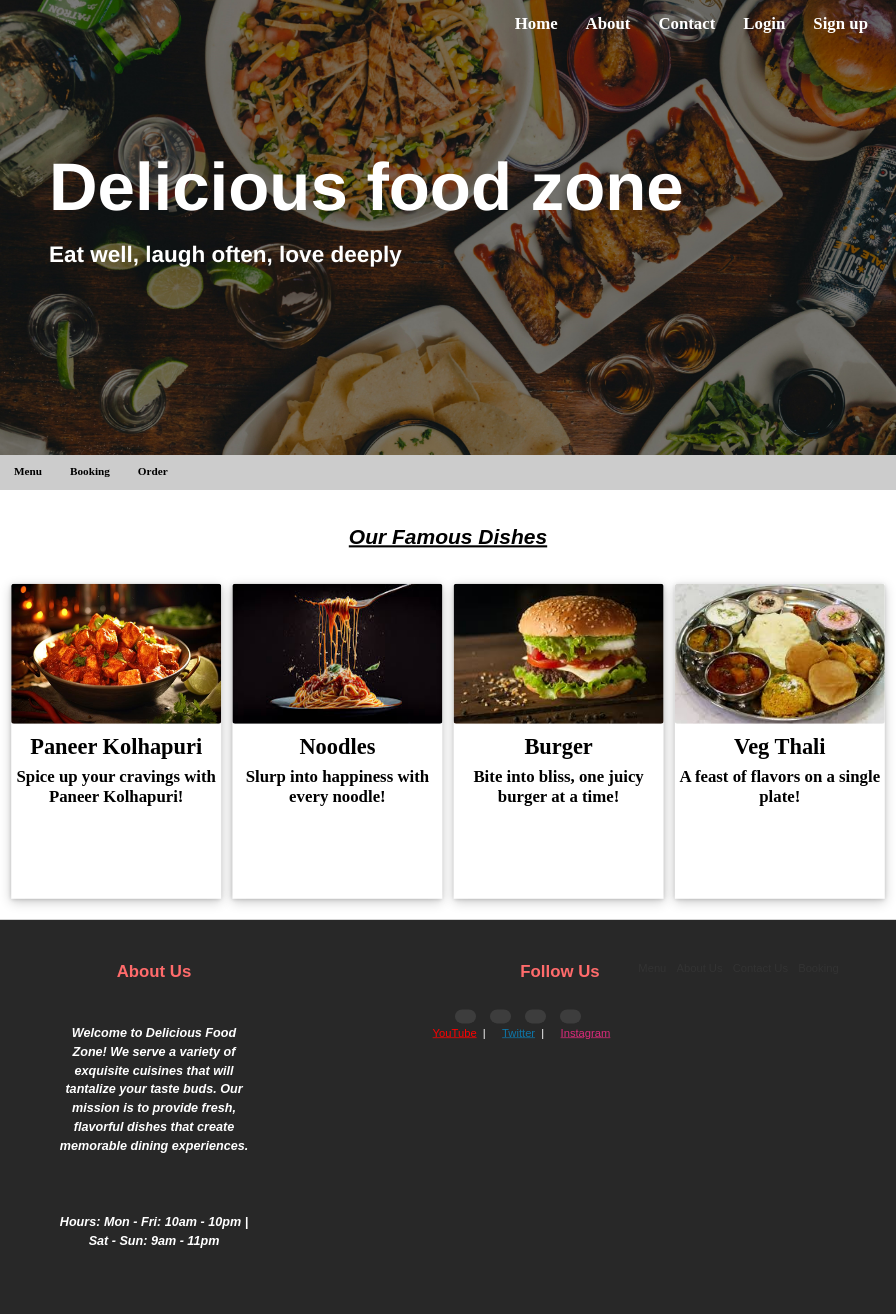
Repository: Shreya-Bonde/Restaurant-management-system
Page: index.html
The author's editor kept a copy of each file at every save. The page is drawn from the files as they stood at one save, then again after the next save.
The browser window is 1280 px wide. The pictures show the whole page, at 70% of full size.

Above is the page before, as saved 2024-10-17 17:26:39.

### index.html
<!DOCTYPE html>
<html lang="en">
<head>
    <meta charset="UTF-8">
    <meta name="viewport" content="width=device-width, initial-scale=1.0">
    <title>Document</title>
    <link rel="stylesheet" href="style.css">
</head>
<body>
    <header>
        <div class="banner-container">
                <nav class="navbar">
                    <ul>
                        <li><a href="#home">Home</a></li>
                        <li><a href="/about.html">About</a></li>
                        <li><a href="/contact.html">Contact</a></li>
                        <li><a href="/login.html">Login</a></li>
                        <li><a href="#">Sign up</a></li>
                    </ul>
                </nav>
                <div class="centered-text">
                    <h1>Delicious food zone</h1>
                    <h6>Eat well, laugh often, love deeply</h6>
                </div>
         </div>
         <div class="nav-bar">
            <nav>
                <a class="menu-btn" href="#">Menu</a>
                <a class="menu-btn" href="#">Booking</a>
                <a class="menu-btn" href="#">Order</a>
            </nav>
         </div>
    </header>
        <p>Our Famous Dishes</p>
        <div class="Flex">
            <div class="flex-item fitem1">
                <img src="paneer kolhapuri.jpg" alt="">
                <h1>Paneer Kolhapuri</h1>
                <h2>Spice up your cravings with Paneer Kolhapuri!</h2>
            </div>
            <div class="flex-item fitem2">
                <img src="noodles1.jpg" alt="">
                <h1>Noodles</h1>
                <h2>Slurp into happiness with every noodle!</h2>
            </div>
            <div class="flex-item fitem3">
                <img src="burger.jpg" alt="">
                <h1>Burger</h1>
                <h2>Bite into bliss, one juicy burger at a time!</h2>
            </div>
            <div class="flex-item fitem4">
                <img src="veg thali.jpg" alt="">
                <h1>Veg Thali</h1>
                <h2>A feast of flavors on a single plate!</h2>
            </div>
        </div>


    <footer class="footer">
        <div class="footer-container">
            <div class="footer-about">
                <h2>About Us</h2>
                <p>
                    Welcome to Delicious Food Zone! We serve a variety of exquisite cuisines that will tantalize your taste buds. Our mission is to provide fresh, flavorful dishes that create memorable dining experiences.
                </p>
                <p>Hours: Mon - Fri: 10am - 10pm | Sat - Sun: 9am - 11pm</p>
            </div>



            <div class="footer-social">
                <h2>Follow Us</h2>
                <div class="social-icons">
                    <a href="https://www.facebook.com/yourrestaurant" target="_blank" aria-label="Facebook">
                        <i class="fab fa-facebook-f"></i></a>
                    <a href="https://twitter.com/yourrestaurant" target="_blank" aria-label="Twitter"><i class="fab fa-twitter"></i></a>
                    <a href="https://www.instagram.com/yourrestaurant" target="_blank" aria-label="Instagram"><i class="fab fa-instagram"></i></a>
                    <a href="https://www.tripadvisor.com/Restaurant_Review-g1234567-d12345678-Your_Restaurant_Name" target="_blank" aria-label="TripAdvisor"><i class="fab fa-tripadvisor"></i></a>
                </div>

                <div class="sm-handle">
                    <a href="http://www.youtube.com/amandhattarwal" target="_blank" class="yt_handle"
                     rel="noopener noreferrer"> <i class="fa fa-youtube fa-lg yt_handle"></i>YouTube</a>&nbsp;&nbsp;|&nbsp;&nbsp;
                <a href="http://www.linkedin.com/in/dhatterwalaman" target="_blank" class="linkedin_handle"
                rel="noopener noreferrer"> <i class="fa fa-linkedin fa-lg linkedin_handle"></i>Twitter</a>&nbsp;&nbsp;|&nbsp;&nbsp;
                <a href="http://www.instagram.com/dhattarwalaman" target="_blank" class="insta_handle"
                 rel="noopener noreferrer"> <i class="fa fa-instagram fa-lg insta_handle"></i>Instagram</a>

                </div>
            </div>

            <div class="footer-links">
                <a href="menu.html">Menu</a>
                 <a href="about.html">About Us</a>
                 <a href="contact.html">Contact Us</a>
                 <a href="reservations.html">Booking</a>
            </div>
        </div>


        <!-- <div class="footer-bottom">
            <p>&copy; 2024 Delicious Food Zone. All rights reserved.</p>
        </div> -->
    </footer>

</body>
</html>

### style.css
* {
    box-sizing: border-box;
    margin: 0;
    padding: 0;
}
.banner-container {
    background-image: url(background1.jpg);
    background-repeat: no-repeat;
    background-size: cover;
    position: relative;
    width: 100%;
    height: 650px;
}
.navbar {
    position: absolute;
    top: 0;
    right: 0;
    padding: 20px;
}
.centered-text {
    position: absolute;
    top: 30%;
    left: 70px;
    color: white;
    line-height: 1.5;
    font-weight: bold;
    font-size: 3rem;
    font-family: 'Franklin Gothic Medium', 'Arial Narrow', Arial, sans-serif;
}
h6 {
    justify-content: center;
    margin-bottom: 20px;
}
nav ul {
    list-style-type: none;
    margin: 0;
    padding: 0;
    display: flex;
    justify-content: right;
    font-size: 1.5rem;
}
nav ul li {
    margin: 0 20px;
}
nav ul li a {
    color: white;
    text-decoration: none;
    font-weight: bold;
}
nav ul li a:hover {
    text-decoration: underline;
}
.nav-bar {
    display: flex;
    background-color: #ccc;
    height: 50px;
    background-attachment: fixed;
}
.menu-btn {
    display: block;
    float: left;
    color: black;
    text-align: center;
    text-decoration: none;
    padding: 15px 20px;
    position: sticky;
    font-weight: bold;
}
.menu-btn:hover {
    background-color: #ddd;
    color: black;
}
.Flex {
    width: 100%;
    display: flex;
    flex-wrap: wrap;
    box-sizing: gray;
    align-items: center;
    justify-content: space-evenly;
}
.flex-item {
    box-shadow: 0 2px 6px 0 rgba(0,0,0,0.2), 0 4px 16px 0 rgba(0,0,0,0.2);
    margin: 0;
    padding: 0;
}
.flex-item img {
 width: 100%;
 object-fit: fill;
}
.flex-item {
    margin-top: 20px;
    margin-bottom: 30px;
    display: inline-block;
    background-color: white;
    width: 300px;
    height: 450px;
    text-align: center;
}
.flex-item:hover {
    transform: scale(1.05);
}
img {
    width: 100%;
    height: 200px;
    object-fit: fill;
    border-radius: 4px;
}
p {
    text-align: center;
    font-size: 30px;
    font-weight: bold;
    font-style: oblique;
    font-family: Arial, Helvetica, sans-serif;
    padding: 50px 20px 30px;
    text-decoration: underline;
}
.flex-item h2 {
    line-height: 1.2;
}
.flex-item h1 {
    padding-top: 10px;
    padding-bottom: 10px;
}

footer {
    background-color: #282828;
    color: #fff;
    padding: 40px 20px;
    text-align: center;
    font-family: 'Arial', sans-serif;
}

.footer-container {
    display: flex;
    justify-content: space-between;
    flex-wrap: wrap;
    max-width: 1200px;
    margin: 0 auto;
    padding: 20px;
}

.footer-about,
.footer-links,
.footer-social {
    flex: 1;
    min-width: 250px;
}

.footer-about h2,
.footer-links h2,
.footer-social h2 {
    color: #ff6b6b;
    margin-bottom: 10px;
}

.footer-about p {
    text-decoration: none;
    line-height: 1.5;
    font-size: 18px;
    margin: 1px 0;
}


/* .footer-links a {
    display: inline-block;
    float: right;
    color: white;
    text-align: center;
    text-decoration: none;
    padding: 15px 20px;
    position: sticky;
    color: #ff6b6b;
    text-decoration: none;
    transition: color 0.3s ease;
}

.footer-links a:hover {
    color: #fff;
} */
.footer-links {
    margin-top: 0px; /* Add some space above the links */
}

.footer-links a {
    display: inline-block;
    margin-right: 10px; /* Spacing between the links */
    text-decoration: none;
    color: #333; /* You can change the color if needed */
}

.footer-links a:hover {
    color: #007BFF; /* Hover effect on links */
}
.footer-social {
    margin-left: 200px; /* Adjust this value to shift further or less */
}
.footer-social .social-icons {
    display: flex;
    justify-content: center;
    margin-top: 10px;
}
.footer-social h2 {
    margin-bottom: 35px;
    margin-left: 120px; /* Adjust this value to control the shift */
}
.footer-social .social-icons a {
    color: #ff6b6b;
    margin-left: 10px;
    font-size: 24px;
    transition: color 0.3s ease;
}

.footer-social .social-icons a:hover {
    color: #fff;
}
.social-icons {
    display: flex;          /* Use flexbox to align items horizontally */
    flex-wrap: nowrap;      /* Prevent items from wrapping to the next line */
    justify-content: space-between; /* Add space between items */
    align-items: center;    /* Center them vertically */
    margin-top: 10px;       /* Add some space above the sm-handle */
}
.social-icons a {
    background-color: rgb(125 125 125 / 25%);
    padding: 10px 15px;
    border-radius: 30px;
    margin: 5px 10px;
    text-decoration: none;
    font-size: 1.25em;
}

.social-icons a:hover {
    background-color: rgb(30 30 30 / 25%);
}

.sm-handle a i {
    margin: 5px;
}
.yt_handle {
    color: #FF0000;
}

  .linkedin_handle {
    color: #0e76a8;
}

.insta_handle {
    color: #dd2a7b;
}

.footer-bottom {
    margin-top: 20px;
    font-size: 10px;
    color: #ccc;
}

After the next save:
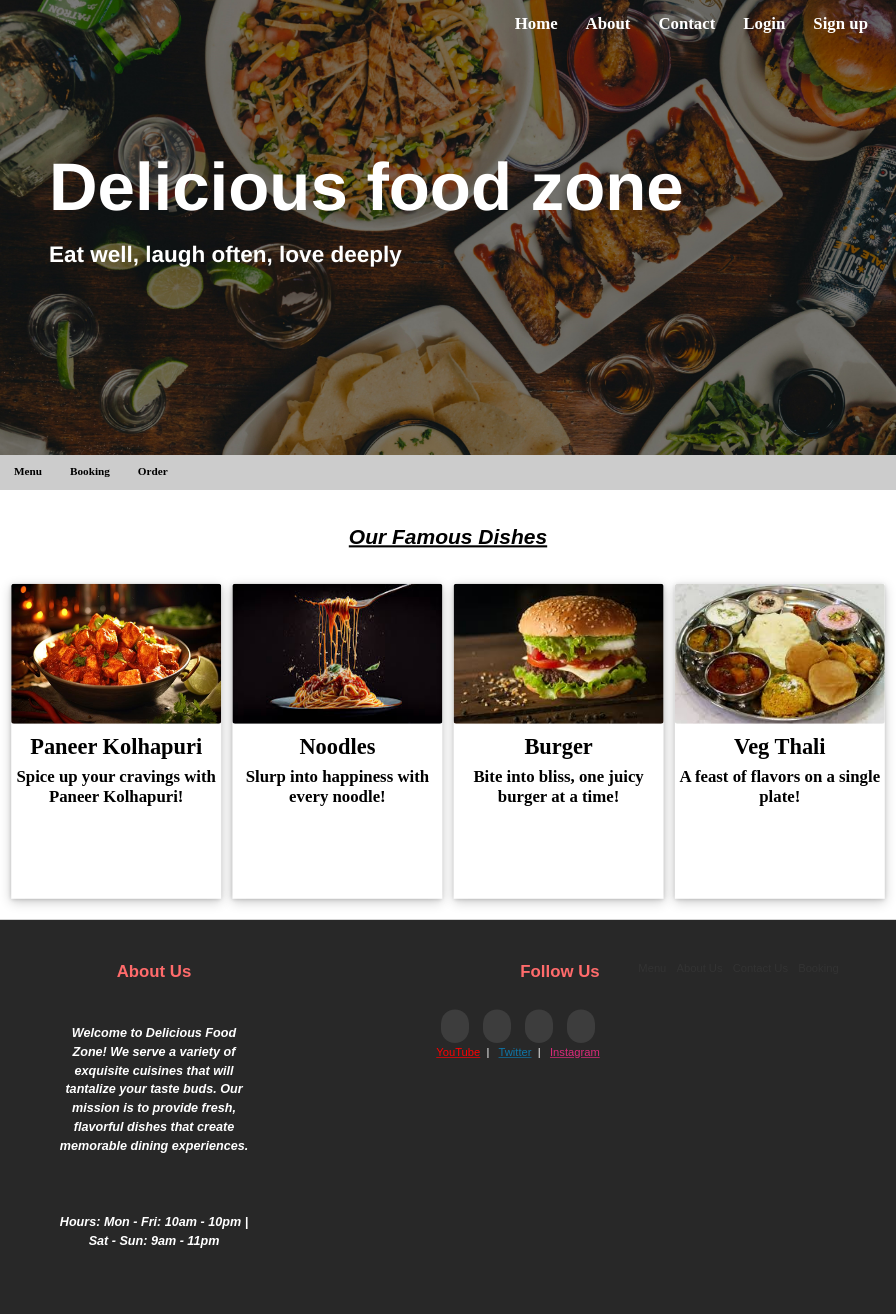
Saved 5 s later.
--- a/style.css
+++ b/style.css
@@ -233,7 +233,7 @@ footer {
     background-color: rgb(30 30 30 / 25%);
 }
 
-.sm-handle a i {
+.social-icons a i {
     margin: 5px;
 }
 .yt_handle {
